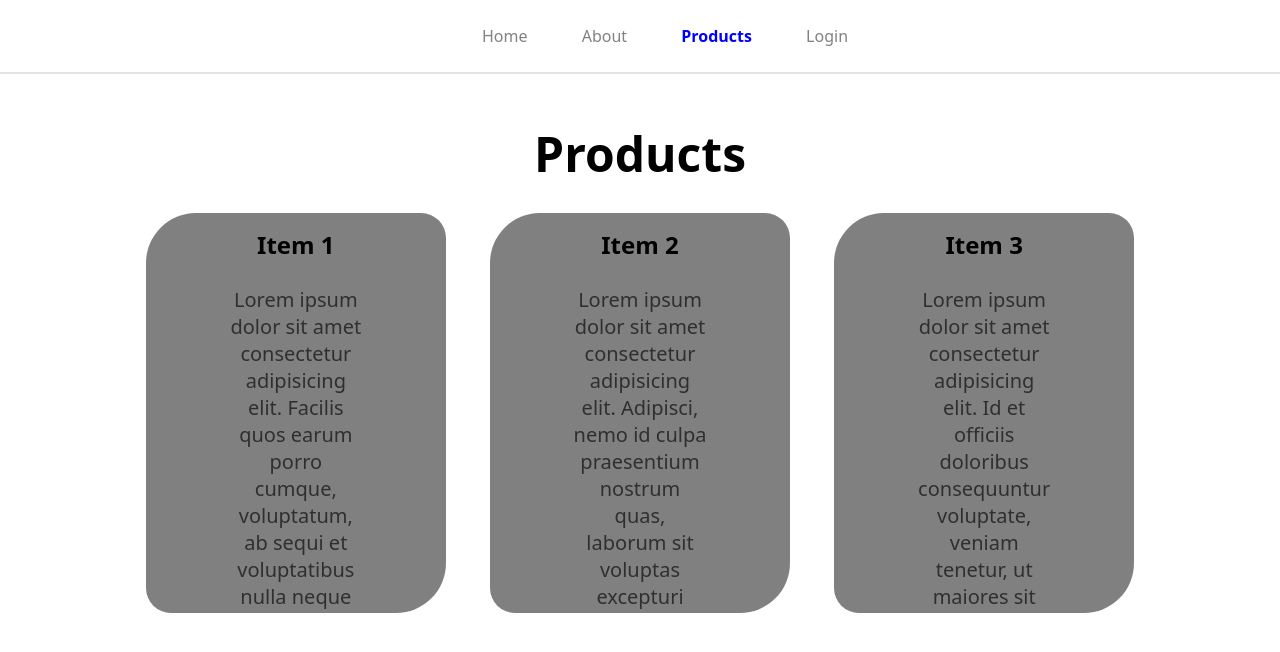
Repository: Yeyolive/WebDev_Collab_2025
Page: Basic_Projects/Basic-Website/products.html
An editor plug-in stored every save of this project. The page is shown before and after the next save, followed by the edit.
The browser window is 1280 px wide. The pictures show the whole page.

Above is the page before, as saved 2025-11-02 22:48:54.

### Basic_Projects/Basic-Website/products.html
<!DOCTYPE html>
<html lang="en">
  <head>
    <meta charset="utf-8" />
    <meta name="viewport" content="width=device-width, initial-scale=1.0" />
    <title>Products</title>
    <link rel="stylesheet" href="styles.css" />
  </head>

  <body>
    <!-- NAVIGATION BAR -->
    <nav>
      <a href="index.html">Home</a>
      <a href="about.html">About</a>
      <a href="products.html" class="active">Products</a>
      <a href="login.html">Login</a>
    </nav>

    <header>
      <h1>Products</h1>
      <div class="products-container">
        <div class="item">
          <h2>Item 1</h2>
          <p>
            Lorem ipsum dolor sit amet consectetur adipisicing elit. Facilis
            quos earum porro cumque, voluptatum, ab sequi et voluptatibus nulla
            neque minima ex! Voluptates at nemo eos dolores itaque optio
            ducimus.
          </p>
        </div>
        <div class="item">
          <h2>Item 2</h2>
          <p>
            Lorem ipsum dolor sit amet consectetur adipisicing elit. Adipisci,
            nemo id culpa praesentium nostrum quas, laborum sit voluptas
            excepturi fugiat labore dolorem ea. Tempore aut minus, ab iste
            facere nobis!
          </p>
        </div>
        <div class="item">
          <h2>Item 3</h2>
          <p>
            Lorem ipsum dolor sit amet consectetur adipisicing elit. Id et
            officiis doloribus consequuntur voluptate, veniam tenetur, ut
            maiores sit assumenda soluta aspernatur odio consectetur ipsum
            laborum pariatur accusamus! Eligendi, maxime!
          </p>
        </div>
      </div>
    </header>
  </body>
</html>

### Basic_Projects/Basic-Website/styles.css
::-webkit-scrollbar {
  display: none;
}

* {
  margin: 0;
  padding: 0;
}

html {
  text-align: center;
  font-family: system-ui, -apple-system, BlinkMacSystemFont, "Segoe UI", Roboto,
    Oxygen, Ubuntu, Cantarell, "Open Sans", "Helvetica Neue", sans-serif;
}

nav {
  position: fixed;
  top: 0;
  width: 100%;
  padding: 25px;
  border-bottom: 2px solid #e3e3e3;
}

nav a {
  text-decoration: none;
  color: rgb(131, 129, 129);
  margin: 0 25px;
}

nav a:hover {
  color: blue;
  cursor: pointer;
}

nav a.active {
  font-weight: bold;
  color: blue;
}

header {
  padding-top: 125px;
}

header p {
  margin: 25px auto;
  width: 50%;
  font-size: 1.25rem;
  color: rgb(49, 46, 46);
}

h1 {
  font-size: 3rem;
  line-height: 1.2em;
  font-weight: bold;
}

span {
  color: blue;
  font-weight: bold;
}

#cta-button {
  text-decoration: none;
  text-transform: uppercase;
  background: linear-gradient(to right, #0c6fd9, #0310a3);
  color: white;
  padding: 1em 3em;
  border-radius: 30px;
  display: inline-block;
  margin-top: 25px;
  font-weight: bold;
  transition: 150ms ease-in-out;
}

#cta-button:hover {
  background: linear-gradient(to right, #0310a3, #0c6fd9);
  cursor: pointer;
  scale: 1.05;
}

.video-player {
  margin-top: 50px;
  width: 850px;
  max-width: 100%;
  aspect-ratio: 16 / 9;
  border-radius: 25px;
}

.products-container {
  margin-top: 30px;
}

.item {
  box-sizing: border-box;
  background-color: grey;
  width: 300px;
  max-height: 400px;
  overflow-y: scroll;
  display: inline-block;
  padding-right: 20px;
  margin: 0 20px;
  align-content: center;
  padding: 15px;
  border-radius: 25px;
  border-top-left-radius: 50px;
  border-bottom-right-radius: 50px;
  margin-bottom: 20px;
}

After the next save:
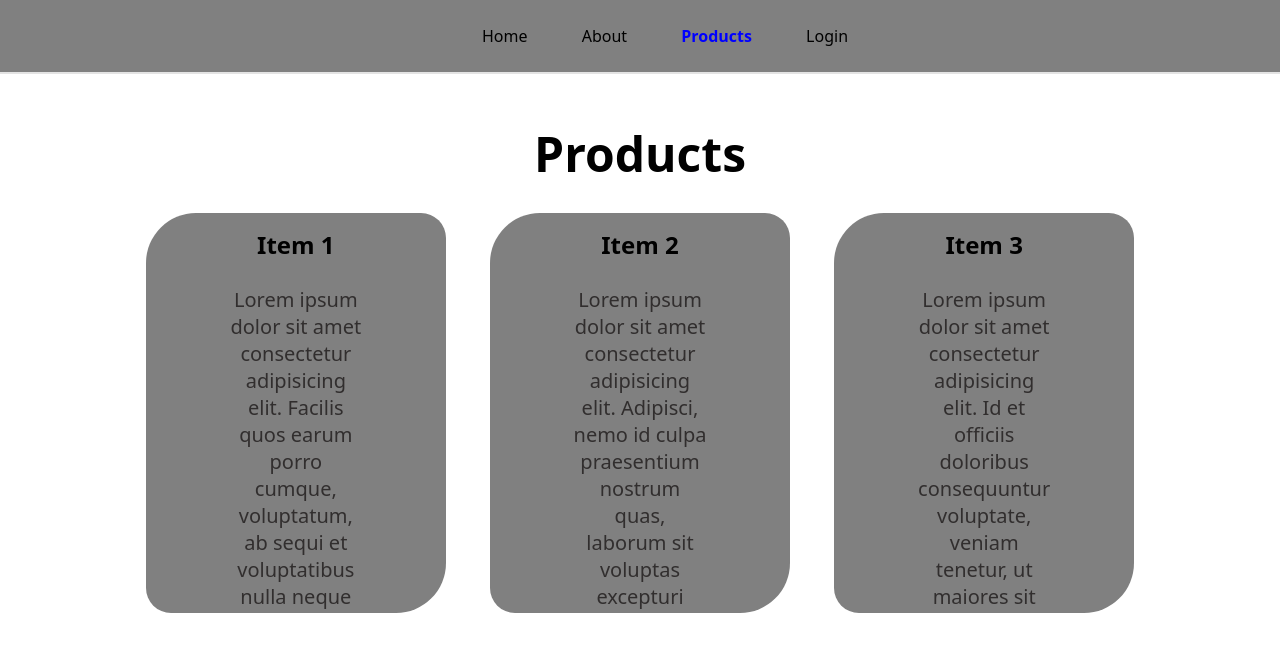
Saved 44 s later.
--- a/Basic_Projects/Basic-Website/styles.css
+++ b/Basic_Projects/Basic-Website/styles.css
@@ -19,11 +19,12 @@ nav {
   width: 100%;
   padding: 25px;
   border-bottom: 2px solid #e3e3e3;
+  background-color: gray;
 }
 
 nav a {
   text-decoration: none;
-  color: rgb(131, 129, 129);
+  color: rgb(0, 0, 0);
   margin: 0 25px;
 }
 
